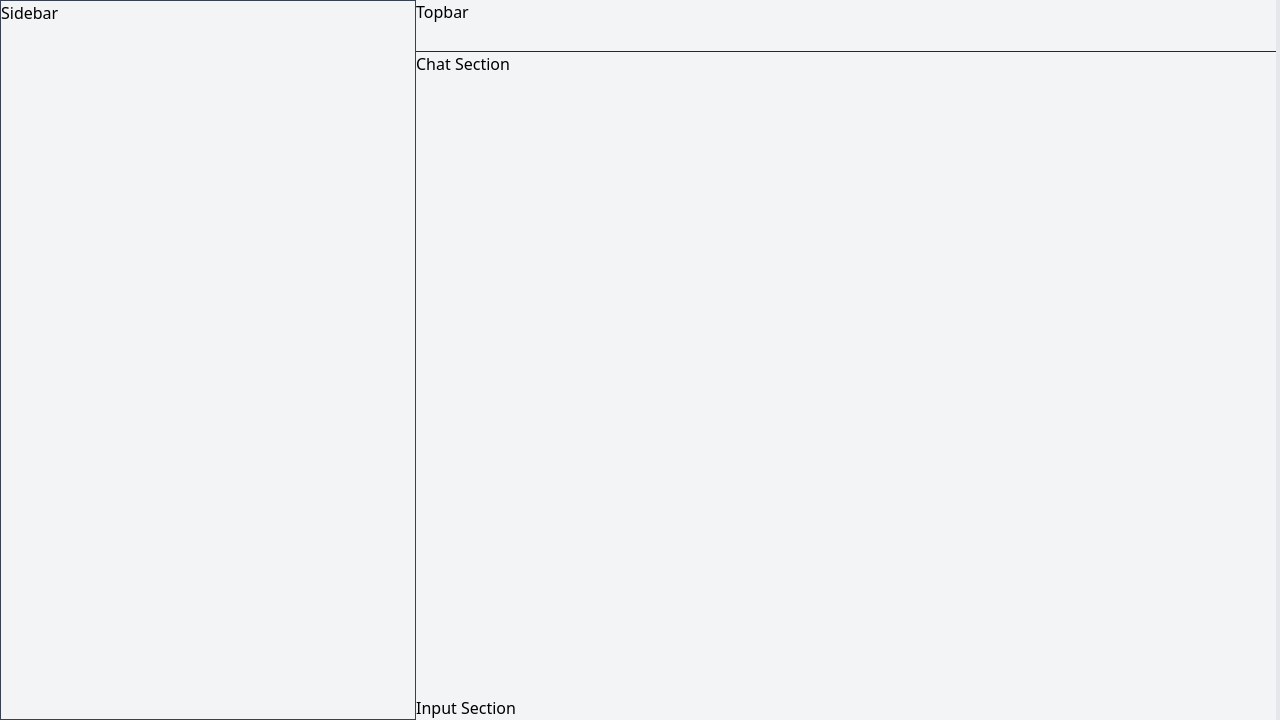
Repository: Qu4ntumGuy/telegram-clone
Page: /
These files come from the project's save history. The page is drawn as it stood at one moment and after the next save; the edit follows.
The browser window is 1280 px wide. The pictures show the whole page.
The project was rebuilt for these pictures with package versions that can differ from the ones it lists, and the page was loaded fresh each time. Also part of the build but not shown: src/Utils/ContextProvider.js.

Above is the page before, as saved 2024-07-15 11:04:26.

### src/index.css
@tailwind base;
@tailwind components;
@tailwind utilities;

:root {
  @apply bg-gray-100;
}

### src/App.js
import { Routes, BowserRouter, Route } from "react-router-dom";
import Sidebar from "./Components/Sidebar";
import Home from "./Pages/Home/Home";

function App() {
  return (
    <div className="flex max-w-[105rem] mx-auto">
      <Sidebar />

      <Home />
    </div>
  );
}

export default App;

### src/Components/Sidebar.js
import React from "react";
import { useComponentContext } from "../Utils/ContextProvider";

function Sidebar() {
  const context = useComponentContext();
  return (
    <div className="min-w-[26rem] border border-gray-700 h-screen">Sidebar</div>
  );
}

export default Sidebar;

### src/Pages/Home/Home.js
import React from "react";

function Home() {
  return (
    <div className="flex flex-col justify-center h-screen border-r-4 w-full">
      <div className="top-0 mb-auto h-14 border-b border-gray-800">Topbar</div>
      <div className="flex flex-col h-full">
        <div className="">Chat Section</div>
        <div className="bottom-0 mt-auto">Input Section</div>
      </div>
    </div>
  );
}

export default Home;

Loaded but not shown: public/index.html (common file); src/index.js (common file); src/reportWebVitals.js (common file); tailwind.config.js (common file)

After the next save:
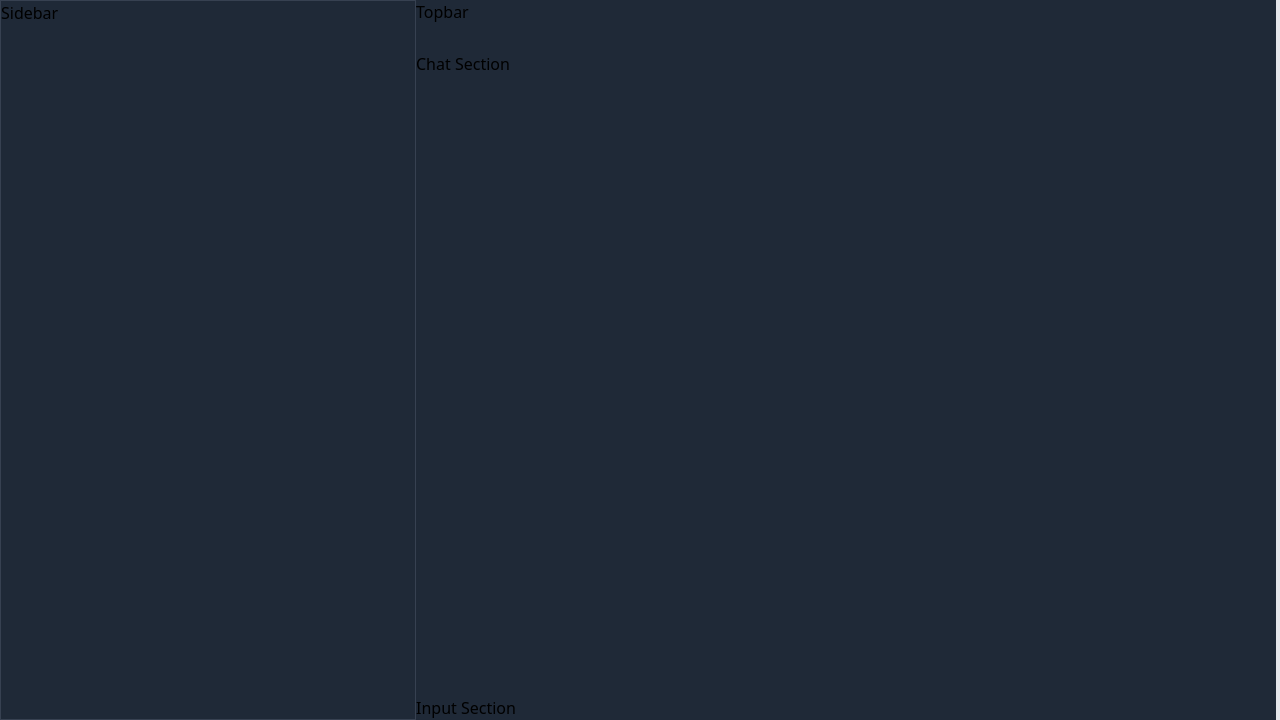
Saved 7 s later.
--- a/src/index.css
+++ b/src/index.css
@@ -3,5 +3,5 @@
 @tailwind utilities;
 
 :root {
-  @apply bg-gray-100;
+  @apply bg-gray-800;
 }
